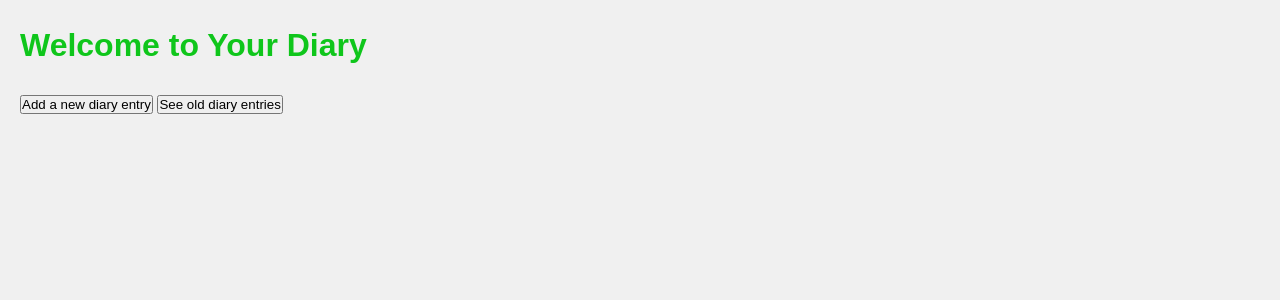
Repository: Javimetro/UniZen
Page: client/public/menu.html
The author's editor kept a copy of each file at every save. The page is drawn from the files as they stood at one save, then again after the next save.
The browser window is 1280 px wide. The pictures show the whole page.

Above is the page before, as saved 2024-03-12 18:15:01.

After the next save:
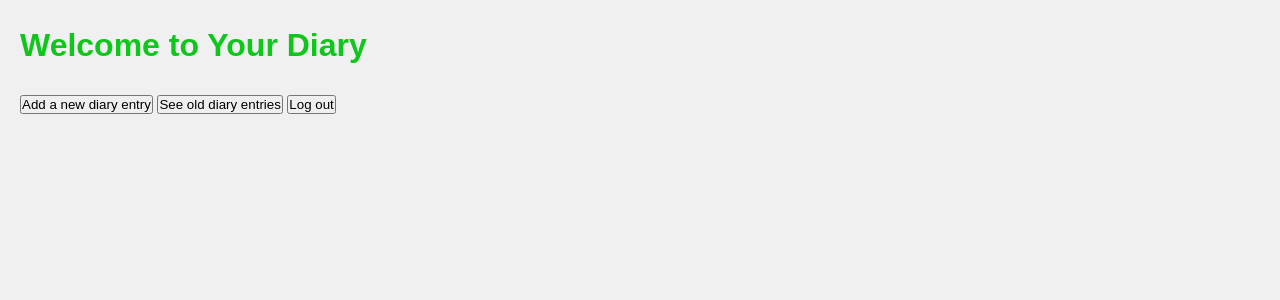
Saved 81 s later.
--- a/client/public/menu.html
+++ b/client/public/menu.html
@@ -15,3 +15,9 @@
   <script type="module" src="../src/menu.js"></script>
 </body>
 </html>
+<button id="logout">Log out</button>
+<script>
+  document.getElementById("logout").addEventListener("click", function() {
+    window.location.href = "login.html";
+  });
+</script>
